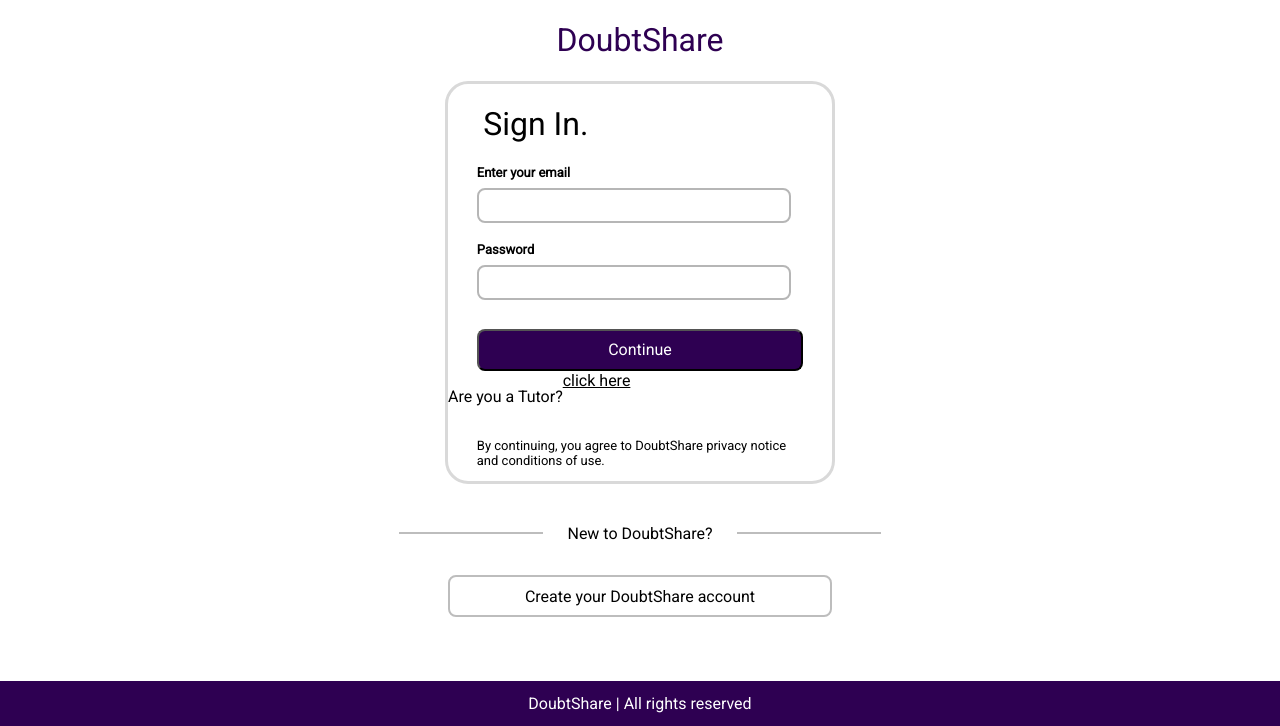
Repository: drumsmanku/doubtshare
Page: /login/student (app in frontend/)
The author's editor kept a copy of each file at every save. The page is drawn from the files as they stood at one save, then again after the next save.
The browser window is 1280 px wide. The pictures show the whole page.
The project was rebuilt for these pictures with package versions that can differ from the ones it lists, and the page was loaded fresh each time. Also part of the build but not shown: frontend/src/App.css, frontend/src/Components/Register/Register.js, frontend/src/Components/Dashboard/Dashboard.js, frontend/src/Components/LoginTutor/LoginTutor.js, frontend/src/Components/RegisterTutor/RegisterTutor.js.

Above is the page before, as saved 2023-12-30 11:59:10.

After the next save:
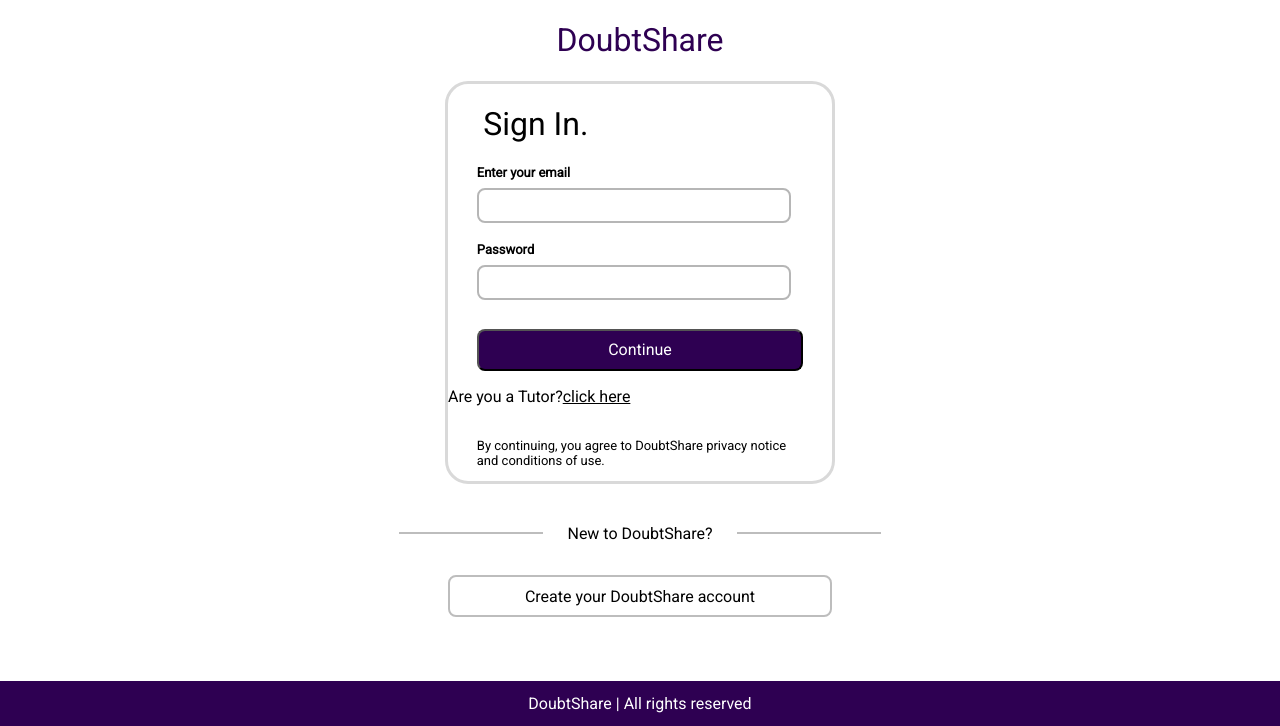
Saved 13 s later.
--- a/frontend/src/Components/Login/Login.js
+++ b/frontend/src/Components/Login/Login.js
@@ -83,7 +83,7 @@ function Login() {
             <button className={styles.buttonStyles} type="submit" style={{ cursor:'pointer'}} onClick={login}>Continue</button>
           </div>
 
-          <div style={{width:'100%', display:'flex'}}>
+          <div style={{width:'100%', display:'flex', alignItems:'center'}}>
              <p>Are you a Tutor?</p>
              <u style={{ cursor:'pointer'}} onClick={()=>{navigate('/login/tutor')}}>click here</u>
           </div>
